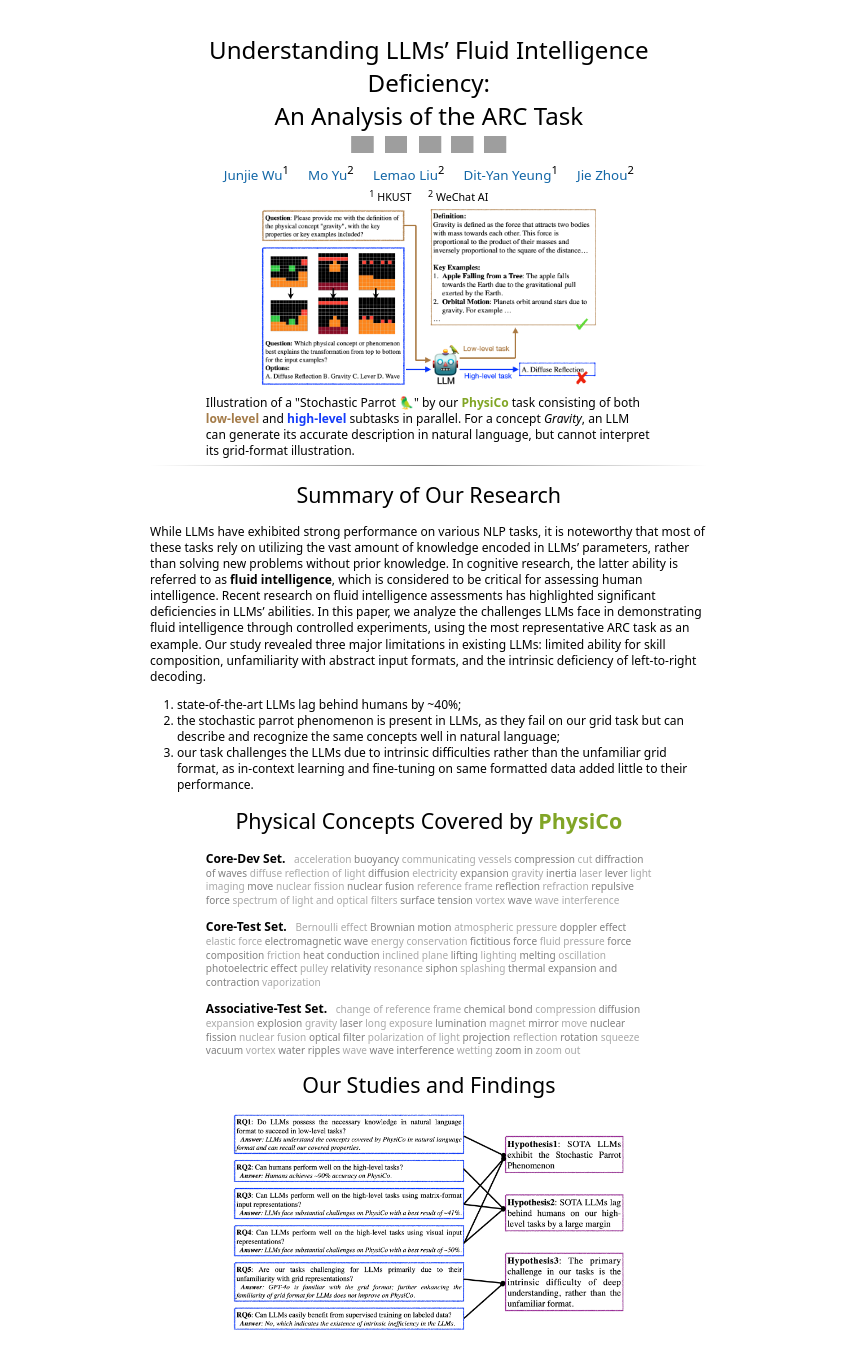
Repository: wujunjie1998/araoc-benchmark.github.io
Page: index.html
The author's editor kept a copy of each file at every save. The page is drawn from the files as they stood at one save, then again after the next save.
The browser window is 1280 px wide. The pictures show the whole page, at 67% of full size.
Pictures or frames that could not be fetched are drawn as grey boxes.

Above is the page before, as saved 2025-02-07 21:13:12.

After the next save:
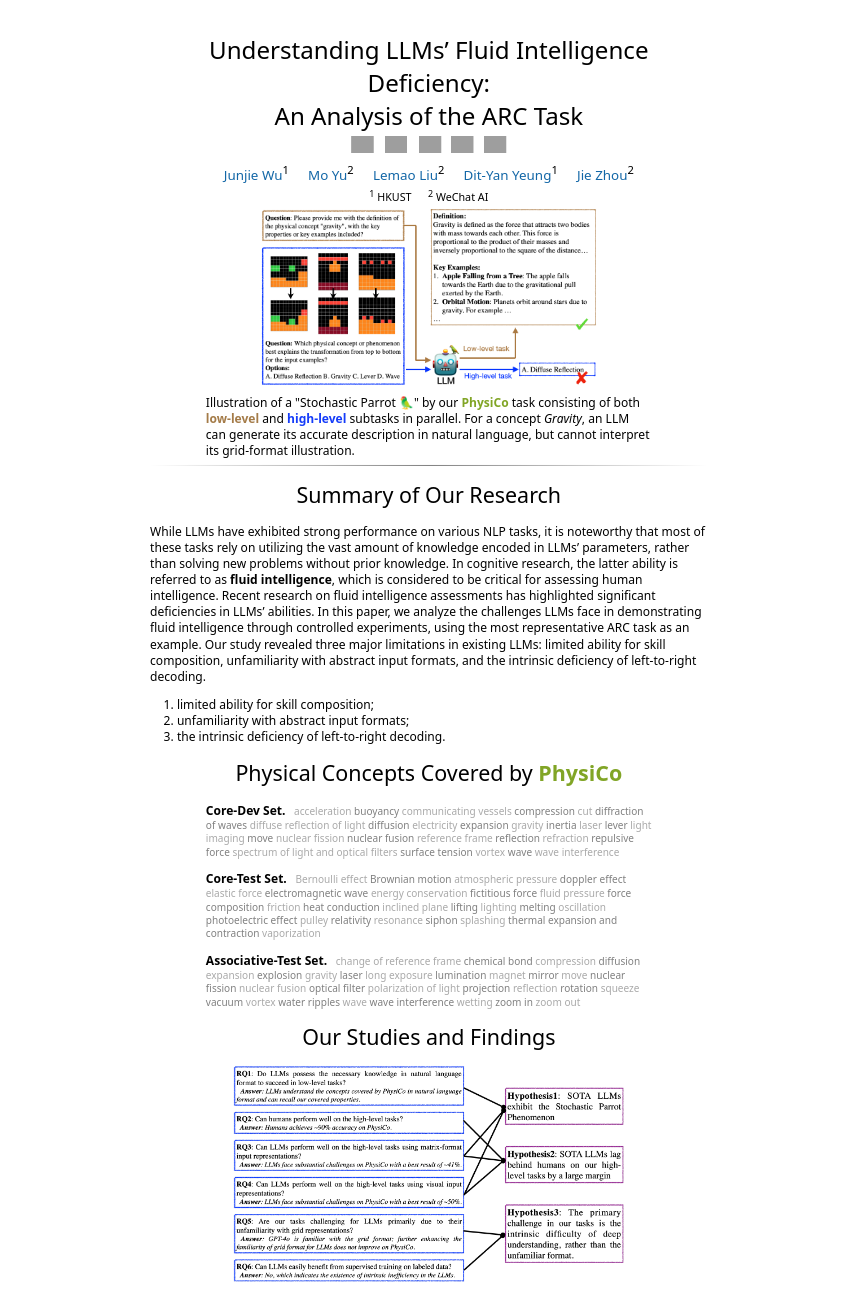
Saved 59 s later.
--- a/index.html
+++ b/index.html
@@ -117,16 +117,12 @@
         While LLMs have exhibited strong performance on various NLP tasks, it is noteworthy that most of these tasks rely on utilizing the vast amount of knowledge encoded in LLMs’ parameters, rather than solving new problems without prior knowledge. In cognitive research, the latter ability is referred to as <strong>fluid intelligence</strong>, which is considered to be critical for assessing human intelligence. Recent research on fluid intelligence assessments has highlighted significant deficiencies in LLMs’ abilities. In this paper, we analyze the challenges LLMs face in demonstrating fluid intelligence through controlled experiments, using the most representative ARC task as an example. Our study revealed three major limitations in existing LLMs: limited ability for skill composition, unfamiliarity with abstract input formats, and the intrinsic deficiency of left-to-right decoding.
       </p>
       <ol>
-        <li>state-of-the-art LLMs lag behind humans by ~40%;</li>
+        <li>limited ability for skill composition;</li>
         <li>
-          the stochastic parrot phenomenon is present in LLMs, as they fail on
-          our grid task but can describe and recognize the same concepts well in
-          natural language;
+          unfamiliarity with abstract input formats;
         </li>
         <li>
-          our task challenges the LLMs due to intrinsic difficulties rather than
-          the unfamiliar grid format, as in-context learning and fine-tuning on
-          same formatted data added little to their performance.
+          the intrinsic deficiency of left-to-right decoding.
         </li>
       </ol>
     </div>
